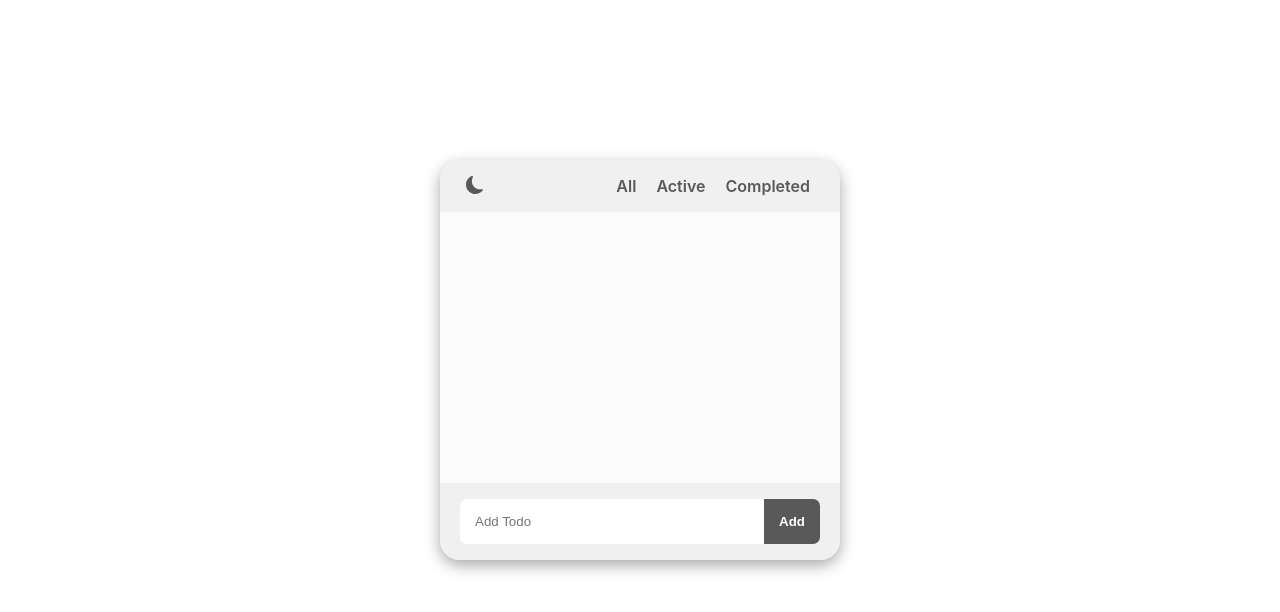
Repository: momo0170/react_todolist
Page: /
The author's editor kept a copy of each file at every save. The page is drawn from the files as they stood at one save, then again after the next save.
The browser window is 1280 px wide. The pictures show the whole page.
The project was rebuilt for these pictures with package versions that can differ from the ones it lists, and the page was loaded fresh each time. Also part of the build but not shown: src/css/Todo.module.css, src/components/Todo.jsx.

Above is the page before, as saved 2022-11-02 13:30:35.

### src/index.css
body {
  margin: 0;
  font-family: -apple-system, BlinkMacSystemFont, 'Segoe UI', 'Roboto', 'Oxygen',
    'Ubuntu', 'Cantarell', 'Fira Sans', 'Droid Sans', 'Helvetica Neue',
    sans-serif;
  -webkit-font-smoothing: antialiased;
  -moz-osx-font-smoothing: grayscale;
  height: 100vh;
  display: flex;
  justify-content: center;
  align-items: center;
}

code {
  font-family: source-code-pro, Menlo, Monaco, Consolas, 'Courier New',
    monospace;
}

### src/App.jsx
import styles from './App.module.css';
import { BsMoonFill, BsSun } from 'react-icons/bs';
import { useEffect, useRef, useState } from 'react';
import Todo from './components/Todo';

function App() {
  const [todos, setTodos] = useState([]);
  const onSubmit = (e) => {
    console.log(e);
    e.preventDefault();
    if (e.target[0].value !== '') {
      setTodos([...todos, { id: todos.length + 1, name: e.target[0].value }]);
      e.target[0].value = '';
    }
  };

  const onChange = (e) => {
    console.log(e.target.value);
  };
  const onDelete = (targetId) => {
    setTodos((prev) => prev.filter((todo) => todo.id !== targetId));
  };

  console.log(todos);

  return (
    <div className={styles.container}>
      <header className={styles.header}>
        <button className={styles.modeBtn}>
          <BsMoonFill size="18" color="#595959" />
        </button>
        <ul className={styles.filter}>
          <li>All</li>
          <li>Active</li>
          <li>Completed</li>
        </ul>
      </header>
      <main className={styles.main}>
        {todos.map((todo) => (
          <li className={styles.list} key={todo.id}>
            <Todo todo={todo} onDelete={onDelete} />
          </li>
        ))}
      </main>
      <footer className={styles.footer}>
        <form className={styles.form} onSubmit={onSubmit}>
          <input
            type="text"
            placeholder="Add Todo"
            className={styles.input}
            onChange={onChange}
          />
          <button className={styles.addBtn}>Add</button>
        </form>
      </footer>
    </div>
  );
}

export default App;

### src/App.module.css
.container {
  display: flex;
  flex-direction: column;
  border-radius: 20px;
  width: 400px;
  height: 400px;
  box-shadow: rgba(0, 0, 0, 0.35) 0px 5px 15px;
}

/* Header */
.header {
  display: flex;
  background-color: #f0f0f0;
  border-radius: 20px 20px 0 0;
  justify-content: space-between;
  padding: 0 20px;
}
.modeBtn {
  border: 0;
  background-color: transparent;
  cursor: pointer;
}
.filter {
  list-style: none;
  display: flex;
  padding: 0;
}
.filter li {
  margin: 0 10px;
  cursor: pointer;
  font-weight: 600;
  color: #595959;
}

/* Main */
.main {
  flex: 1 1 70%;
  background-color: #fbfbfb;
  overflow: auto;
}
.list {
  list-style: none;
  display: flex;
  align-items: center;
  margin: 10px 20px;
}

/* Footer */
.footer {
  flex: 1 1 20%;
  background-color: #f0f0f0;
  border-radius: 0 0 20px 20px;
  display: flex;
  justify-content: center;
  align-items: center;
}
.form {
  display: flex;
  width: 90%;
  border-radius: 10px;
}
.input {
  flex: 1 1 80%;
  border: 0;
  padding: 15px;
  border-radius: 7px 0 0 7px;
}
input:focus::placeholder {
  color: transparent;
}
input:focus {
  outline: 0;
}
.addBtn {
  border: 0;
  border-radius: 0 7px 7px 0;
  padding: 15px;
  background-color: #595959;
  color: white;
  font-weight: 600;
  cursor: pointer;
}

Loaded but not shown: public/index.html (common file); src/index.js (common file); src/reportWebVitals.js (common file)

After the next save:
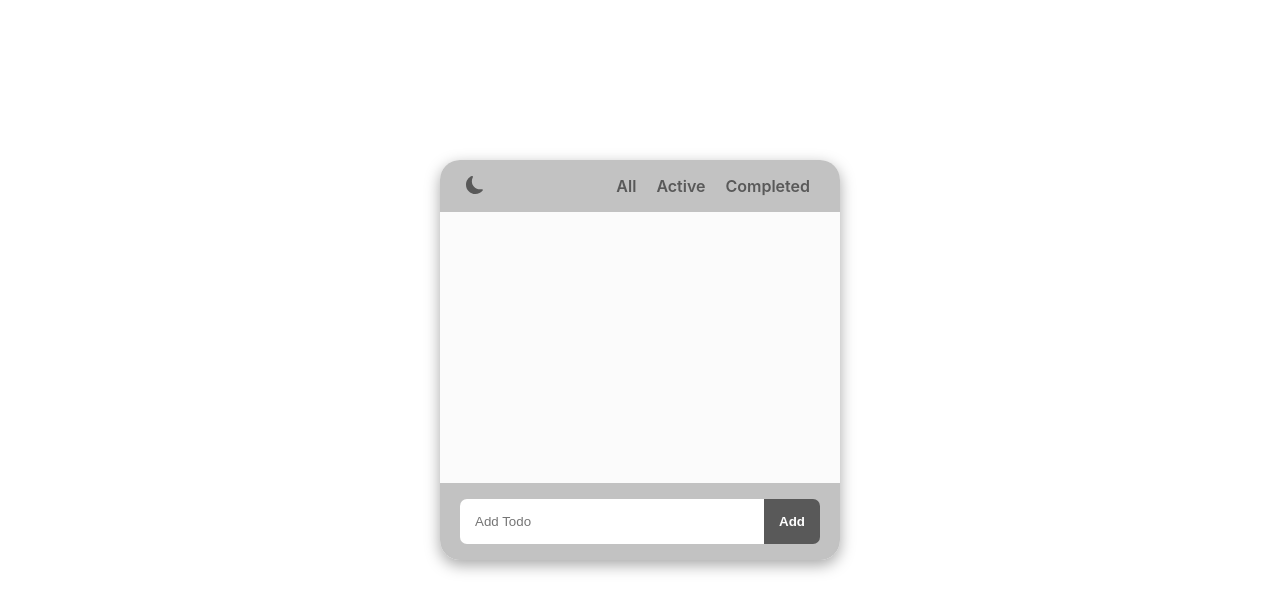
Saved 3 min 34 s later.
--- a/src/App.module.css
+++ b/src/App.module.css
@@ -10,7 +10,7 @@
 /* Header */
 .header {
   display: flex;
-  background-color: #f0f0f0;
+  background-color: #c2c2c2;
   border-radius: 20px 20px 0 0;
   justify-content: space-between;
   padding: 0 20px;
@@ -48,7 +48,7 @@
 /* Footer */
 .footer {
   flex: 1 1 20%;
-  background-color: #f0f0f0;
+  background-color: #c2c2c2;
   border-radius: 0 0 20px 20px;
   display: flex;
   justify-content: center;

After the save that followed:
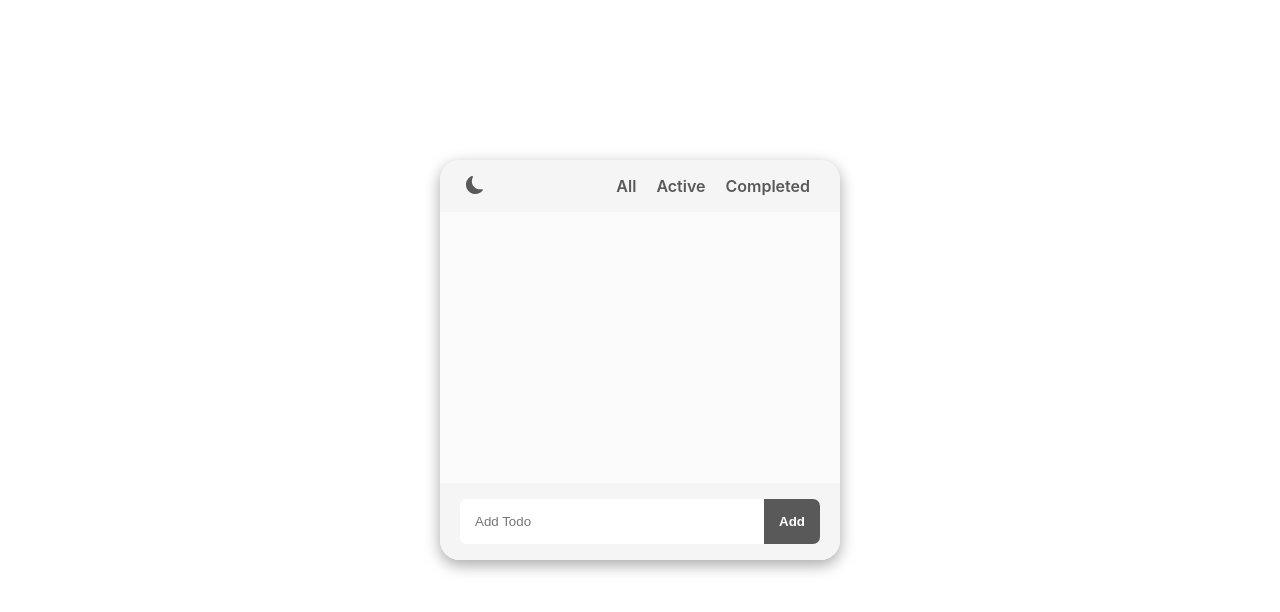
Saved 33 s later.
--- a/src/App.module.css
+++ b/src/App.module.css
@@ -10,7 +10,7 @@
 /* Header */
 .header {
   display: flex;
-  background-color: #c2c2c2;
+  background-color: #f5f5f5;
   border-radius: 20px 20px 0 0;
   justify-content: space-between;
   padding: 0 20px;
@@ -48,7 +48,7 @@
 /* Footer */
 .footer {
   flex: 1 1 20%;
-  background-color: #c2c2c2;
+  background-color: #f5f5f5;
   border-radius: 0 0 20px 20px;
   display: flex;
   justify-content: center;
